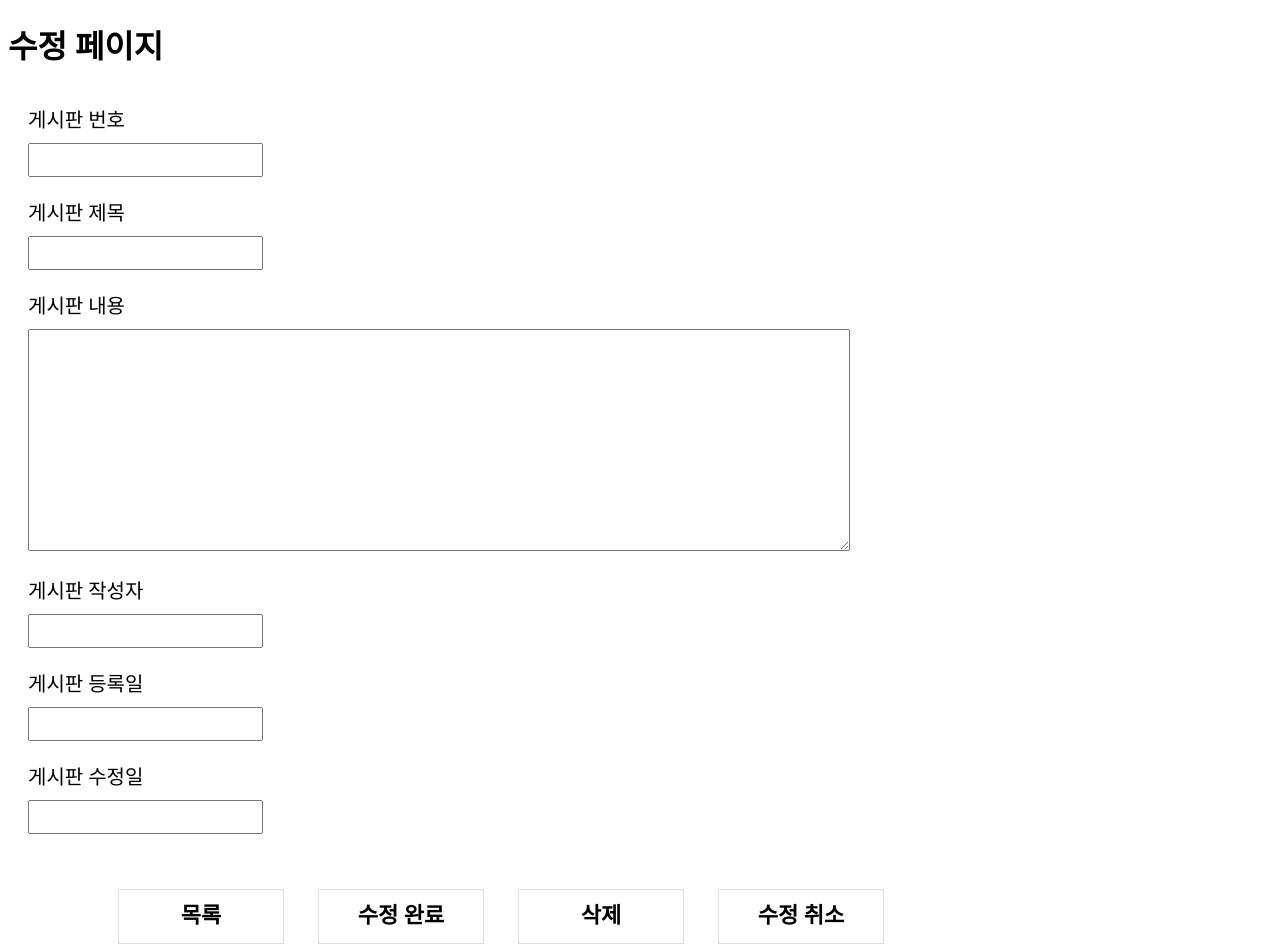
Repository: Shim-YoungDo/gaea-study
Page: http://localhost/study/WEB-INF/views/board/modifyView.jsp
These files come from the project's save history. The page is drawn as it stood at one moment and after the next save; the edit follows.
The browser window is 1280 px wide. The pictures show the whole page.
The page is served by Tomcat 9. Nobody is signed in. Other server files are loaded and not shown. The template is opened directly, without the code that normally fills it, so the values that code supplies are empty.

Above is the page before, as saved 2021-12-05 11:27:39.

### study/src/main/webapp/WEB-INF/views/board/modifyView.jsp
<%@ page language="java" contentType="text/html; charset=UTF-8"
    pageEncoding="UTF-8"%>
    <%@ taglib uri="http://java.sun.com/jsp/jstl/core" prefix="c" %>
    <%@ taglib prefix="fmt" uri="http://java.sun.com/jsp/jstl/fmt"%>
<!DOCTYPE html>
<html>
<head>
<meta charset="UTF-8">
<title>Insert title here</title>
<link rel="stylesheet" href="/resources/css/board/modifyView.css">
<script
  src="https://code.jquery.com/jquery-3.4.1.js"
  integrity="sha256-WpOohJOqMqqyKL9FccASB9O0KwACQJpFTUBLTYOVvVU="
  crossorigin="anonymous"></script>
</head>
<body>
<h1>수정 페이지</h1>
	<form id="modifyForm" action="/board/modify" method="post">
	<div class="input_wrap">
		<label>게시판 번호</label>
		<input name="bno" readonly="readonly" value='<c:out value="${pageInfo.bno}"/>' >
	</div>
	<div class="input_wrap">
		<label>게시판 제목</label>
		<input name="title" value='<c:out value="${pageInfo.title}"/>' >
	</div>
	<div class="input_wrap">
		<label>게시판 내용</label>
		<textarea rows="3" name="content"><c:out value="${pageInfo.content}"/></textarea>
	</div>
	<div class="input_wrap">
		<label>게시판 작성자</label>
		<input name="writer" readonly="readonly" value='<c:out value="${pageInfo.writer}"/>' >
	</div>
	<div class="input_wrap">
		<label>게시판 등록일</label>
		<input name="regdater" readonly="readonly" value='<fmt:formatDate pattern="yyyy/MM/dd" value="${pageInfo.regdate}"/>' >
	</div>
	<div class="input_wrap">
		<label>게시판 수정일</label>
		<input name="updateDate" readonly="readonly" value='<fmt:formatDate pattern="yyyy/MM/dd" value="${pageInfo.updateDate}"/>' >
	</div>
	<div class="btn_wrap">
		<a class="btn" id="list_btn">목록</a>
		<a class="btn" id="modify_btn">수정 완료</a>
		<a class="btn" id="delete_btn">삭제</a>
		<a class="btn" id="cancel_btn">수정 취소</a>
	</div>
	</form>
	<form id="infoForm" action="/board/modifyView" method="get">
		<input type="hidden" id="bno" name="bno" value='<c:out value="${pageInfo.bno}"/>'>
		<input type="hidden" name="pageNum" value='<c:out value="${cri.pageNum}"/>'>
		<input type="hidden" name="amount" value='<c:out value="${cri.amount}"/>'>
	</form>
<script>
	let form = $("#infoForm"); //페이지 이동 form(리스트페이지, 조회페이지 이동)
	let mForm = $("#modifyForm"); //페이지 데이터 수정form

	/*목록 페이지 이동 버튼*/
	$("#list_btn").on("click", function(e){
		form.find("#bno").remove();
		form.attr("action", "/board/list");
		form.submit();
	});

	/*수정하기 버튼*/
	$("#modify_btn").on("click", function(e){
		mForm.submit();
	});

	/* 취소 버튼 */
    $("#cancel_btn").on("click", function(e){
        form.attr("action", "/board/getPage");
        form.submit();
    });

	/*삭제 버튼*/
	$("#delete_btn").on("click", function(e){
		form.attr("action", "/board/delete");
		form.attr("method", "post");
		form.submit();
	});
</script>
</body>
</html>

### study/src/main/webapp/resources/css/board/modifyView.css
@charset "UTF-8";
.input_wrap{
	padding: 5px 20px;
}
label{
    display: block;
    margin: 10px 0;
    font-size: 20px;
}
input{
	padding: 5px;
    font-size: 17px;
}
textarea{
	width: 800px;
    height: 200px;
    font-size: 15px;
    padding: 10px;
}
.btn{
  	display: inline-block;
    font-size: 22px;
    padding: 6px 12px;
    background-color: #fff;
    border: 1px solid #ddd;
    font-weight: 600;
    width: 140px;
    height: 41px;
    line-height: 39px;
    text-align : center;
    margin-left : 30px;
    cursor : pointer;
}
.btn_wrap{
	padding-left : 80px;
	margin-top : 50px;
}

After the next save:
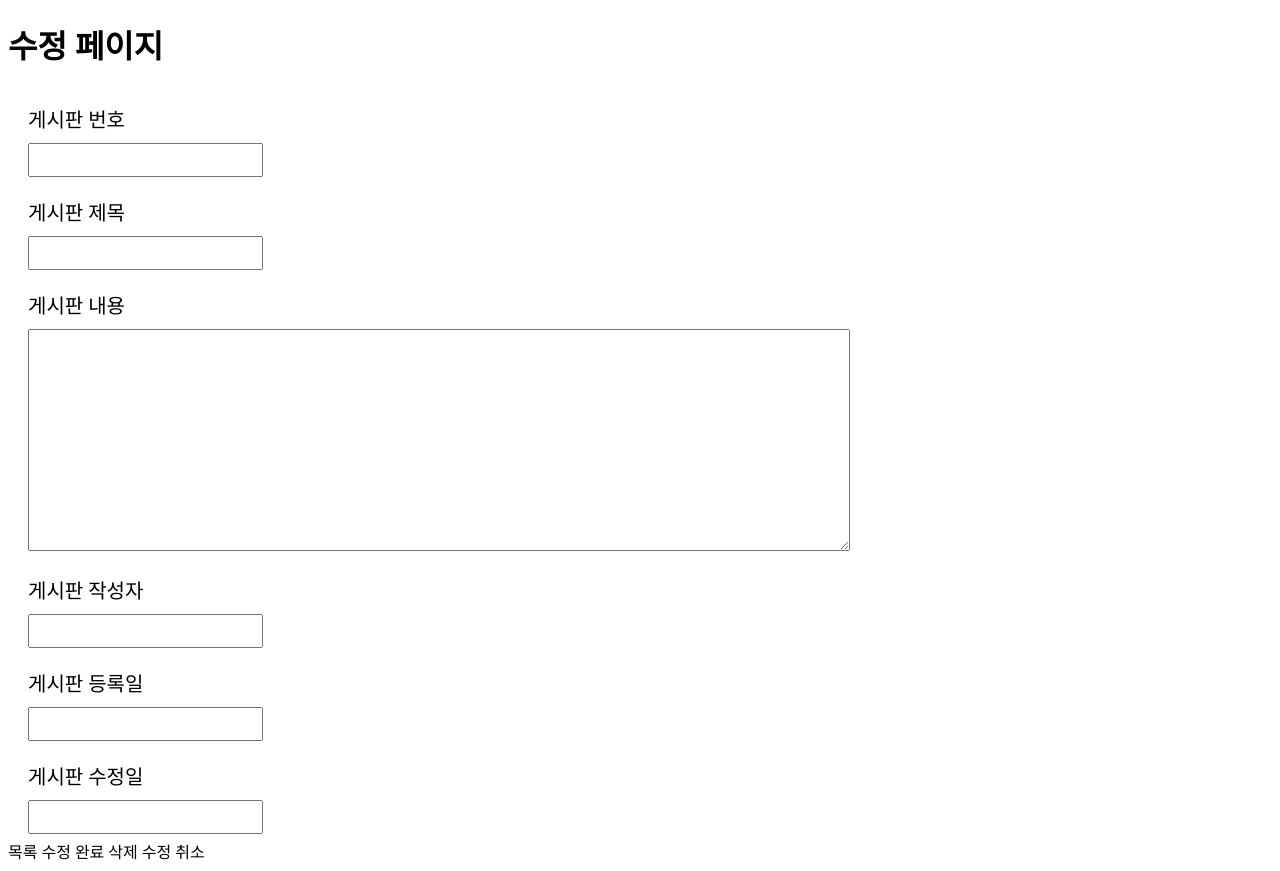
Saved 5 min 46 s later.
--- a/study/src/main/webapp/WEB-INF/views/board/modifyView.jsp
+++ b/study/src/main/webapp/WEB-INF/views/board/modifyView.jsp
@@ -40,11 +40,11 @@
 		<label>게시판 수정일</label>
 		<input name="updateDate" readonly="readonly" value='<fmt:formatDate pattern="yyyy/MM/dd" value="${pageInfo.updateDate}"/>' >
 	</div>
-	<div class="btn_wrap">
-		<a class="btn" id="list_btn">목록</a>
-		<a class="btn" id="modify_btn">수정 완료</a>
-		<a class="btn" id="delete_btn">삭제</a>
-		<a class="btn" id="cancel_btn">수정 취소</a>
+	<div class="button_wrap">
+		<a class="button" id="list_button">목록</a>
+		<a class="button" id="modify_button">수정 완료</a>
+		<a class="button" id="delete_button">삭제</a>
+		<a class="button" id="cancel_button">수정 취소</a>
 	</div>
 	</form>
 	<form id="infoForm" action="/board/modifyView" method="get">
@@ -57,25 +57,25 @@
 	let mForm = $("#modifyForm"); //페이지 데이터 수정form
 
 	/*목록 페이지 이동 버튼*/
-	$("#list_btn").on("click", function(e){
+	$("#list_button").on("click", function(e){
 		form.find("#bno").remove();
 		form.attr("action", "/board/list");
 		form.submit();
 	});
 
 	/*수정하기 버튼*/
-	$("#modify_btn").on("click", function(e){
+	$("#modify_button").on("click", function(e){
 		mForm.submit();
 	});
 
 	/* 취소 버튼 */
-    $("#cancel_btn").on("click", function(e){
+    $("#cancel_button").on("click", function(e){
         form.attr("action", "/board/getPage");
         form.submit();
     });
 
 	/*삭제 버튼*/
-	$("#delete_btn").on("click", function(e){
+	$("#delete_button").on("click", function(e){
 		form.attr("action", "/board/delete");
 		form.attr("method", "post");
 		form.submit();

After the save that followed:
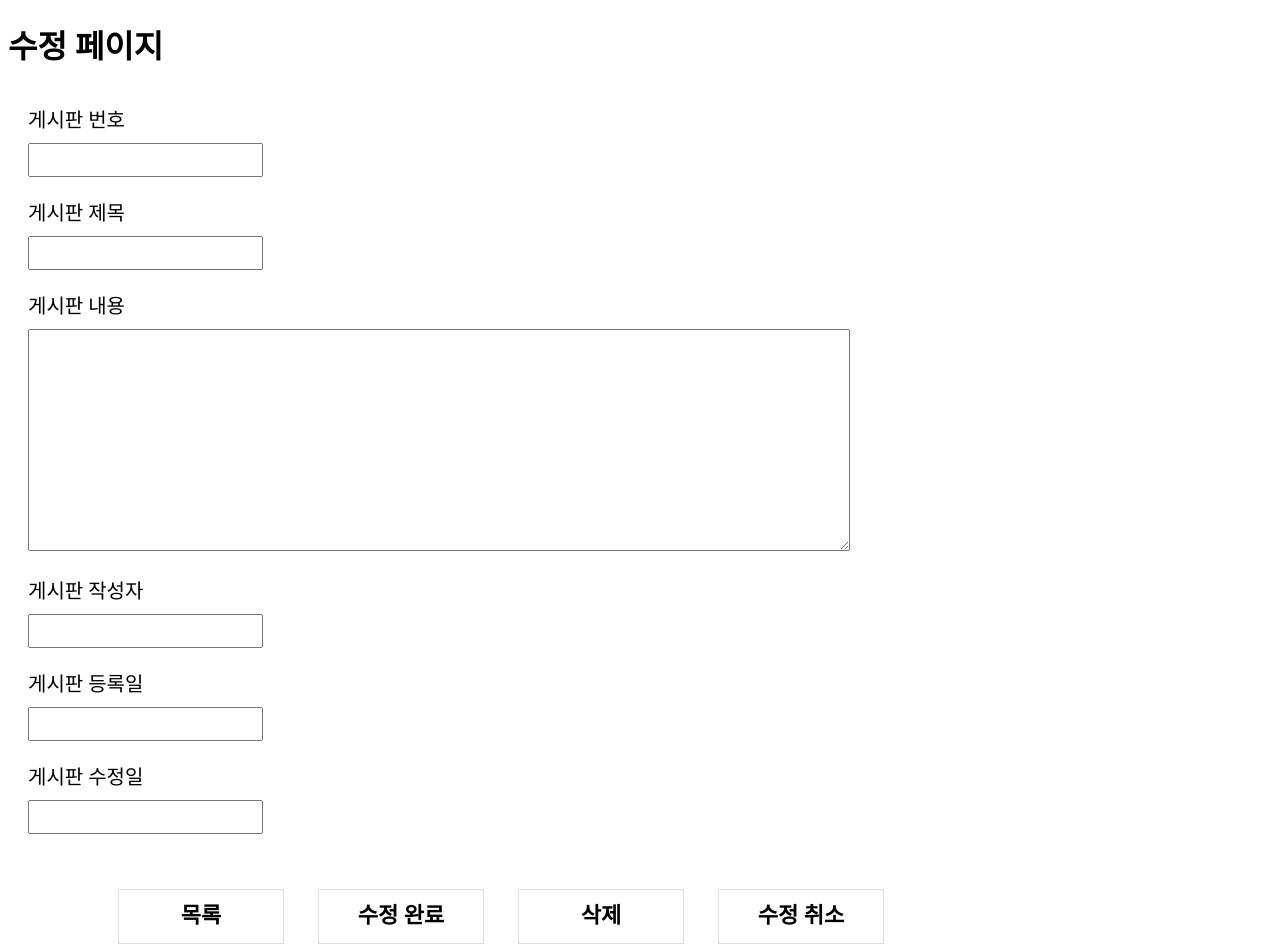
Saved 2 min 45 s later.
--- a/study/src/main/webapp/WEB-INF/views/board/modifyView.jsp
+++ b/study/src/main/webapp/WEB-INF/views/board/modifyView.jsp
@@ -40,11 +40,11 @@
 		<label>게시판 수정일</label>
 		<input name="updateDate" readonly="readonly" value='<fmt:formatDate pattern="yyyy/MM/dd" value="${pageInfo.updateDate}"/>' >
 	</div>
-	<div class="button_wrap">
-		<a class="button" id="list_button">목록</a>
-		<a class="button" id="modify_button">수정 완료</a>
-		<a class="button" id="delete_button">삭제</a>
-		<a class="button" id="cancel_button">수정 취소</a>
+	<div class="btn_wrap">
+		<a class="btn" id="list_btn">목록</a>
+		<a class="btn" id="modify_btn">수정 완료</a>
+		<a class="btn" id="delete_btn">삭제</a>
+		<a class="btn" id="cancel_btn">수정 취소</a>
 	</div>
 	</form>
 	<form id="infoForm" action="/board/modifyView" method="get">
@@ -57,25 +57,25 @@
 	let mForm = $("#modifyForm"); //페이지 데이터 수정form
 
 	/*목록 페이지 이동 버튼*/
-	$("#list_button").on("click", function(e){
+	$("#list_btn").on("click", function(e){
 		form.find("#bno").remove();
 		form.attr("action", "/board/list");
 		form.submit();
 	});
 
 	/*수정하기 버튼*/
-	$("#modify_button").on("click", function(e){
+	$("#modify_btn").on("click", function(e){
 		mForm.submit();
 	});
 
 	/* 취소 버튼 */
-    $("#cancel_button").on("click", function(e){
+    $("#cancel_btn").on("click", function(e){
         form.attr("action", "/board/getPage");
         form.submit();
     });
 
 	/*삭제 버튼*/
-	$("#delete_button").on("click", function(e){
+	$("#delete_btn").on("click", function(e){
 		form.attr("action", "/board/delete");
 		form.attr("method", "post");
 		form.submit();
